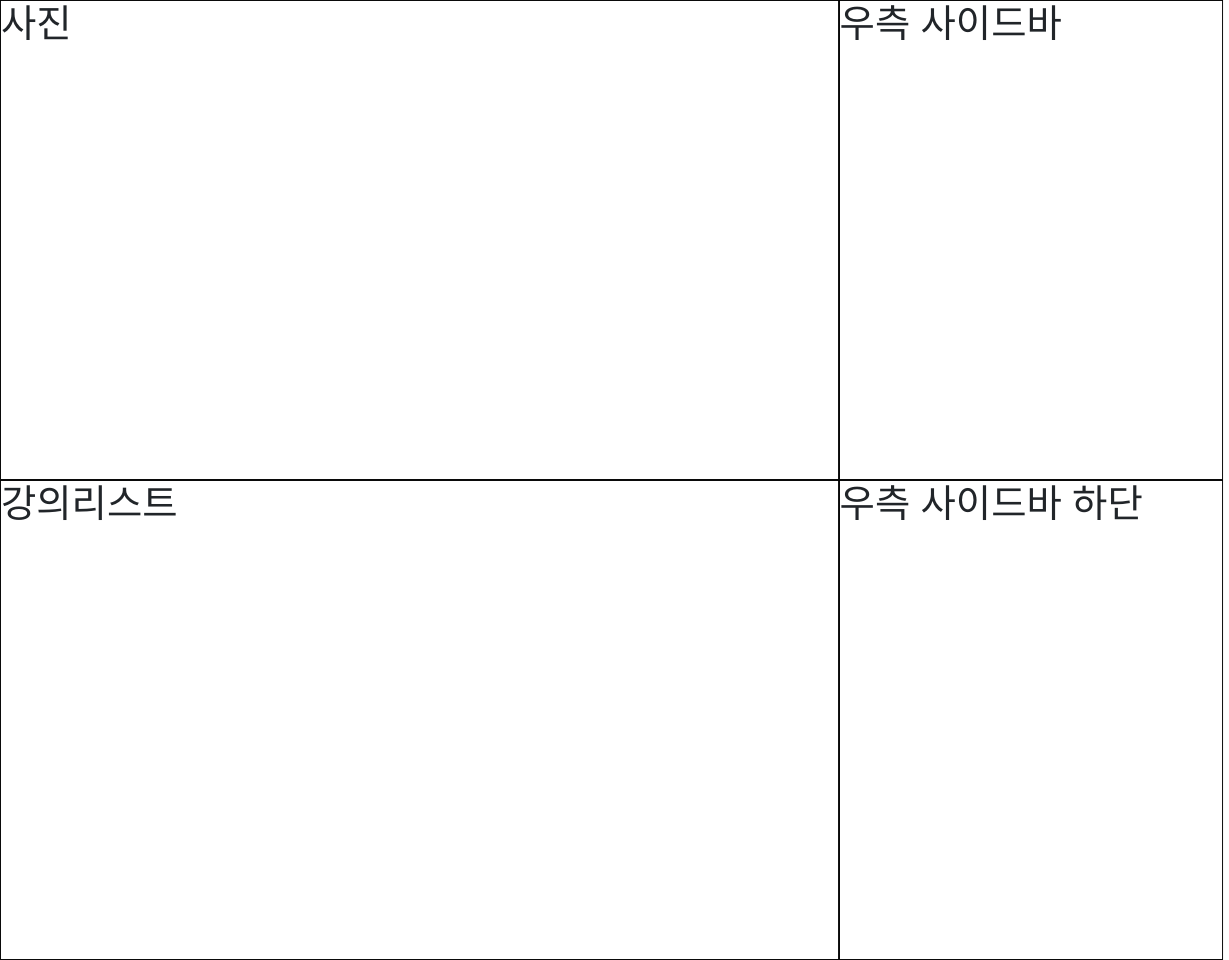
Repository: JavaJin96/kr.or.ddit.HighJava
Page: http://localhost/TeamProjectDCUM/main/mainshow.jsp
These files come from the project's save history. The page is drawn as it stood at one moment and after the next save; the edit follows.
The browser window is 1280 px wide. The pictures show the whole page, at 96% of full size.
The page is served by Tomcat 9. Other server files are loaded and not shown.

Above is the page before, as saved 2022-02-16 00:40:23.

### 3.Highjava/workspace/TeamProjectDCUM/WebContent/main/mainshow.jsp
<%@ page language="java" contentType="text/html; charset=UTF-8"
    pageEncoding="UTF-8"%>
<!DOCTYPE html>
<html>
<head>
<meta charset="UTF-8">
<title>Insert title here</title>
 <link rel="stylesheet" href="https://cdn.jsdelivr.net/npm/bootstrap@4.6.1/dist/css/bootstrap.min.css">
  <script src="https://cdn.jsdelivr.net/npm/jquery@3.5.1/dist/jquery.slim.min.js"></script>
  <script src="https://cdn.jsdelivr.net/npm/popper.js@1.16.1/dist/umd/popper.min.js"></script>
  <script src="https://cdn.jsdelivr.net/npm/bootstrap@4.6.1/dist/js/bootstrap.bundle.min.js"></script>
<script src="<%=request.getContextPath()%>/js/jquery-3.6.0.min.js"></script>
<script>

</script>
<style>
	div {
		border : 1px solid black;
	}
	#d1, #d3{
		display : inline-block;
		float : left;
		width : calc(99.5% - 400px);
		height : 500px;
	}
	#d2, #d4{
		display : inline-block;
		float : left;
		width : 400px;
		height : 500px;
	}
</style>
</head>
<body>
	<div id="d1">
		<h1>사진</h1>
	</div>

	<div id="d2">
		<h1>우측 사이드바</h1>
	</div>

	<div id="d3">
		<h1>강의리스트</h1>
	</div>

	<div id="d4">
		<h1>우측 사이드바 하단</h1>
	</div>

</body>
</html>

Loaded but not shown: 3.Highjava/workspace/TeamProjectDCUM/WebContent/js/jquery-3.6.0.min.js (library)

After the next save:
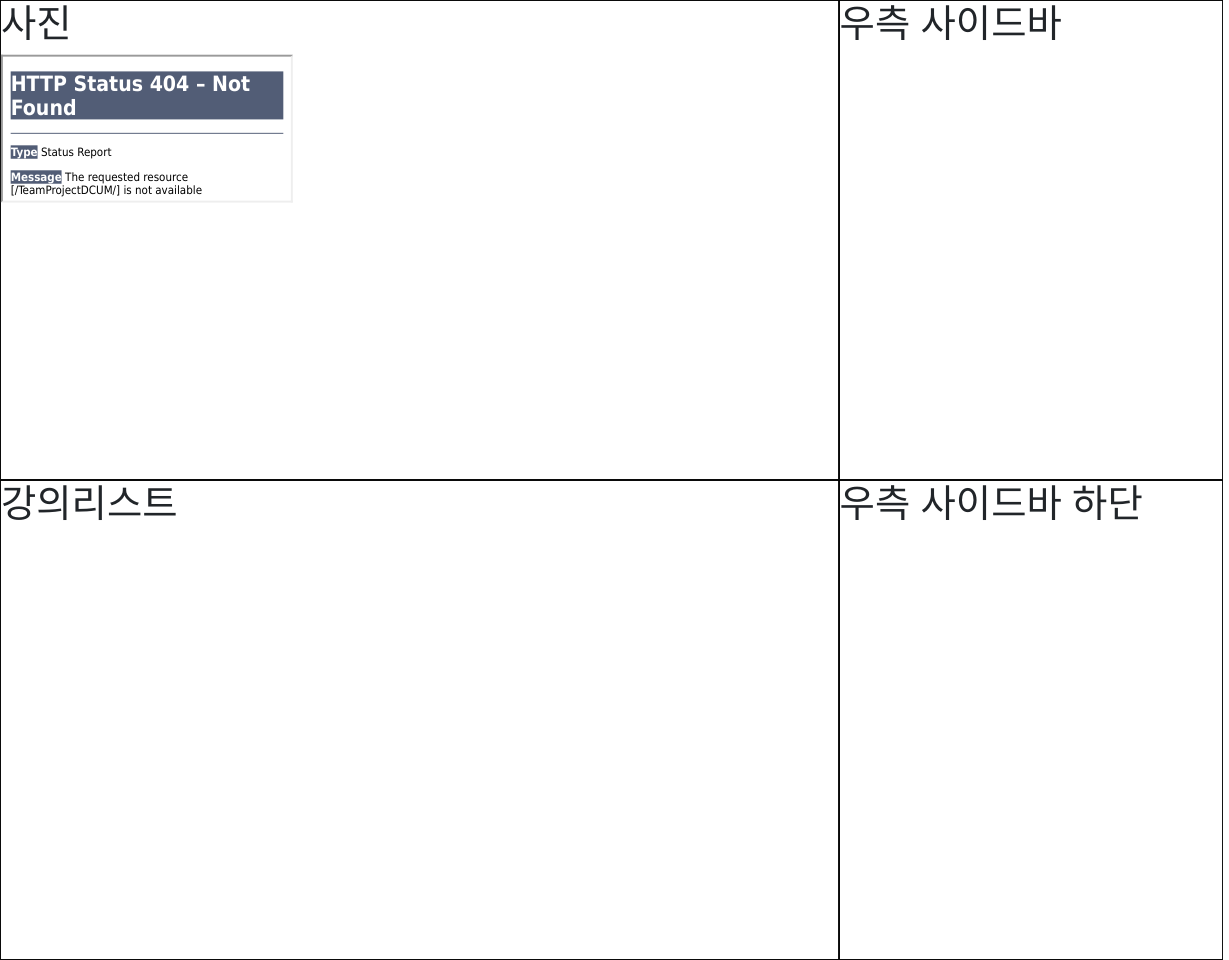
Saved 4 min 7 s later.
--- a/3.Highjava/workspace/TeamProjectDCUM/WebContent/main/mainshow.jsp
+++ b/3.Highjava/workspace/TeamProjectDCUM/WebContent/main/mainshow.jsp
@@ -34,6 +34,7 @@
 <body>
 	<div id="d1">
 		<h1>사진</h1>
+		<iframe src="<%=request.getContextPath()%>/"></iframe>
 	</div>
 
 	<div id="d2">
